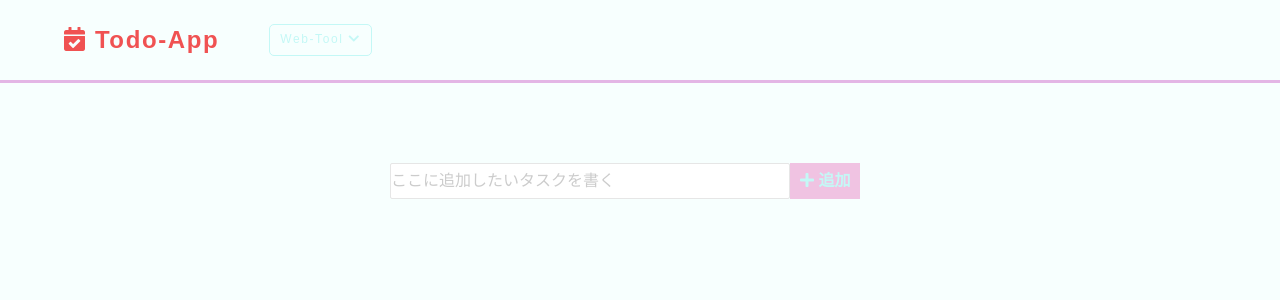
Repository: Hiroshii-m/todo_vue
Page: index.html
These files come from the project's save history. The page is drawn as it stood at one moment and after the next save; the edit follows.
The browser window is 1280 px wide. The pictures show the whole page.
The style sheet was rebuilt from its Sass, Less or Tailwind sources for each picture, by a compiler version that may differ from the author's.

Above is the page before, as saved 2021-06-26 18:19:47.

### index.html
<!DOCTYPE html>
<html lang="en">
<head>
    <meta charset="UTF-8">
    <meta http-equiv="X-UA-Compatible" content="IE=edge">
    <meta name="viewport" content="width=device-width, initial-scale=1.0">
    <link rel="stylesheet" href="node_modules/@fortawesome/fontawesome-free/css/all.css">
    <link rel="stylesheet" href="dist/css/style.css">
    <title>TODO APP Vue</title>
</head>
<body class="u-bgColor-base">

    <!-- header -->
    <header id="l-header" class="u-border-bottom">
        <div class="c-header">
            <h2 class="c-header__home">
                <i class="fas fa-calendar-check"></i>
                <a class="c-header__text" href="">Todo-App</a>
            </h2>
            <h3 class="c-header__other">
                Web-Tool
                <i class="fas fa-chevron-down"></i>
            </h3>
        </div>
    </header><!-- /header -->

    <!-- main -->
    <section id="l-main">
        <div class="c-main">
            <div id="l-addTask">
                <div class="c-addTask">
                    <input type="text" class="c-addTask__input" placeholder="ここに追加したいタスクを書く">
                    <button class="c-addTask__add">
                        <i class="fas fa-plus"></i>
                        追加
                    </button>
                </div>
            </div>
            <div id="l-search"></div>
            <div id="l-list"></div>
        </div>
    </section>
    <!-- /main -->

</body>
</html>

### src/scss/style.scss

// ======================================
// foundation
// ======================================
@use 'foundation/reset';
@use 'foundation/variables';
@use 'foundation/base';
// ======================================
// layout
// ======================================
#l-header {
    width: 100%;
}
#l-main {
    padding: 80px;
}
// ======================================
// object
// ======================================
// Component
// **************************************
.c-header {
    width: 90%;
    height: 80px;
    margin: 0 auto;
    display: flex;
    align-items: center;
    &__home {
        margin-right: 50px;
        font-weight: bold;
        color: var(--color_red);
        font-size: var(--font-size_xl);
    }
    &__other {
        font-size: var(--font-size_s);
        padding: var(--space_s) var(--space_m);
        border: 1px solid var(--font-color_default);
        border-radius: 5px;
        cursor: pointer;
    }
}
.c-main {
    width: var(--site-width_xxl);
    margin: 0 auto;
}
.c-addTask {
    display: flex;
    max-width: 500px;
    margin: 0 auto;
    &__input {
        width: 80%;
        border: 1px solid var(--border-color_default);
        border-radius: 2px;
    }
    &__add {
        background: var(--color_pink);
        padding: var(--space_s) var(--space_m);
        font-weight: bold;
    }
}
// Project
// **************************************
// Utility
// **************************************
.u-border {
    &-bottom {
        border-bottom: 3px solid var(--color_accent);
    }
}
.u-bgColor {
    &-base {
        background: var(--color_base);
    }
}

### src/scss/foundation/_variables.scss
:root {
    --font-color_default: #c4f8f6;
    --color_base: #F7FFFE;
    --color_accent: #E3B6E5;
    --color_green: #C3E8C7;
    --color_sky: #C8E4F4;
    --color_red: #F05252;
    --color_blue: #25A1EF;
    --color_pink: #f0c3e2;
    --border-color_default: #E6E6E6;


    --site-width_xxl: 780px;
    --site-width_xl: 680px;
    --site-width_md: 580px;
    --site-width_ms: 414px;

    --font-size_s: 12px;
    --font-size_m: 14px;
    --font-size_default: 16px;
    --font-size_l: 18px;
    --font-size_xl: 24px;
    --font-size_xxl: 28px;
    --font-size_3l: 38px;


    --space_s: 5px;
    --space_m: 10px;
    --space_l: 15px;
    --space_xl: 20px;
    --space_xxl: 30px;
    --space_3l: 40px;

    --font-family_default: "メイリオ", sans-serif;
}

### src/scss/foundation/_base.scss
html, body {
    width: 100%;
    color: var(--font-color_default);
    line-height: 1.6;
    font-family: var(--font-family_default);
    letter-spacing: 0.1em;
}

p, a {
    -webkit-font-smoothing: antialiased;
}

img {
    width: 100%;
    height: 100%;
    vertical-align: bottom;
    object-fit: cover;
}

input {
    display: block;
    width: 100%;
    background: #fff;
}

textarea {
    resize: vertical;
    height: 30px;
}

::placeholder {
    color: #ccc;
}

iframe {
    width: 100%;
}

i {
    cursor: pointer;
}

Loaded but not shown: node_modules/@fortawesome/fontawesome-free/css/all.css (library); src/scss/foundation/_reset.scss (common file)

After the next save:
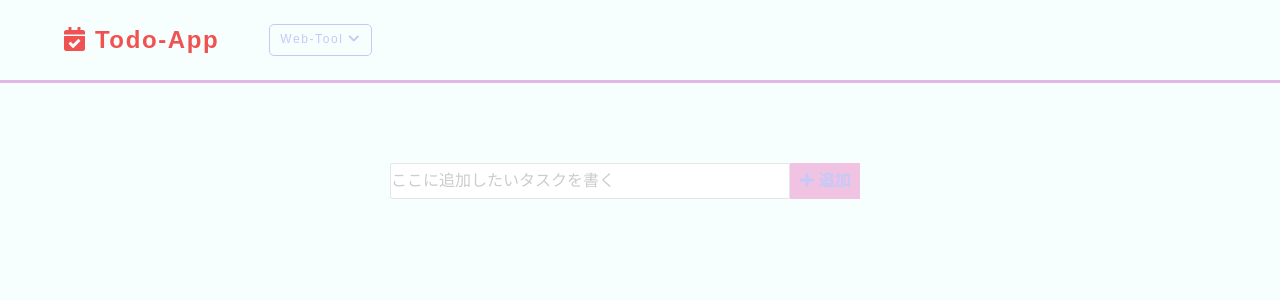
Saved 10 s later.
--- a/src/scss/foundation/_variables.scss
+++ b/src/scss/foundation/_variables.scss
@@ -1,5 +1,5 @@
 :root {
-    --font-color_default: #c4f8f6;
+    --font-color_default: #c4c9f8;
     --color_base: #F7FFFE;
     --color_accent: #E3B6E5;
     --color_green: #C3E8C7;
